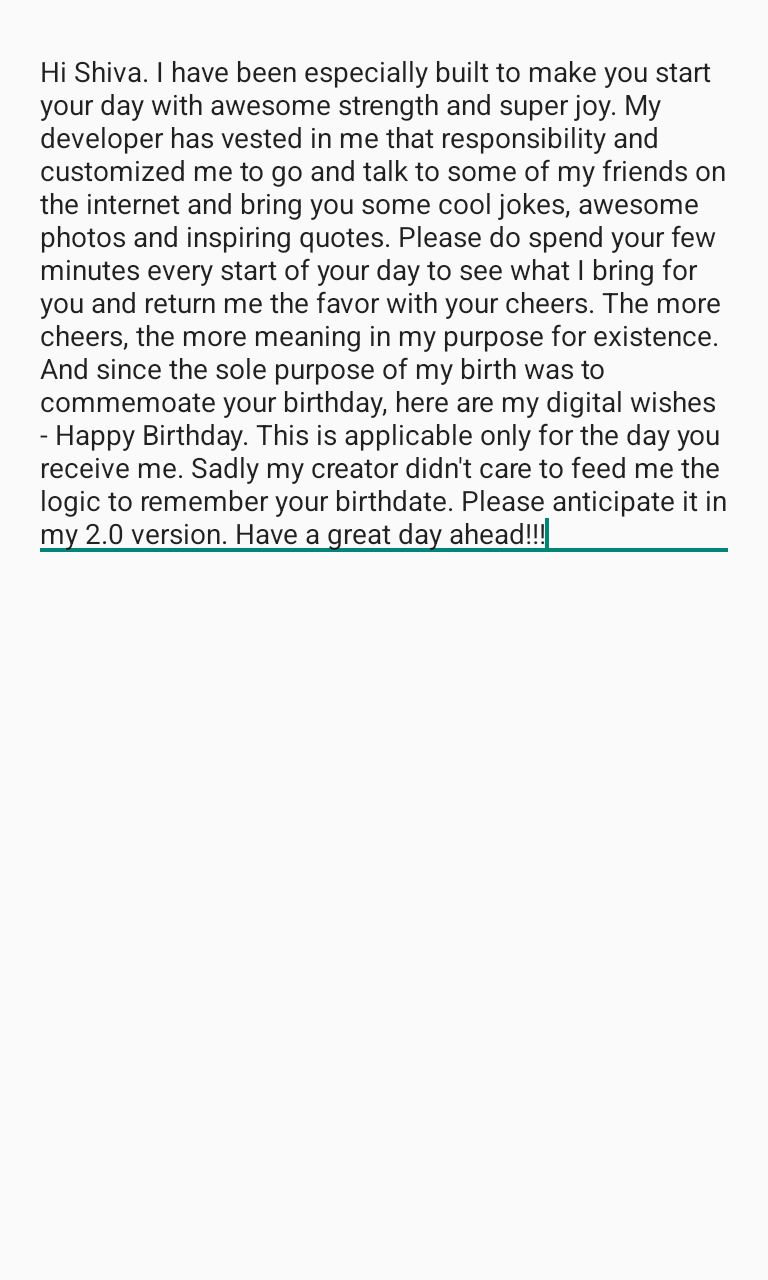
Repository: gitvas/FewMinutesEveryday
Layout: WorkspaceOne/FewMinutesEveryday/res/layout/activity_main.xml
An editor plug-in stored every save of this project. The layout is shown before and after the next save, followed by the edit.
It is drawn on a 768 x 1280 px phone screen (xhdpi) without system bars, with theme AppTheme; the app's code is not run.

Above is the layout before, as saved 2014-08-18 16:16:00.

After the next save:
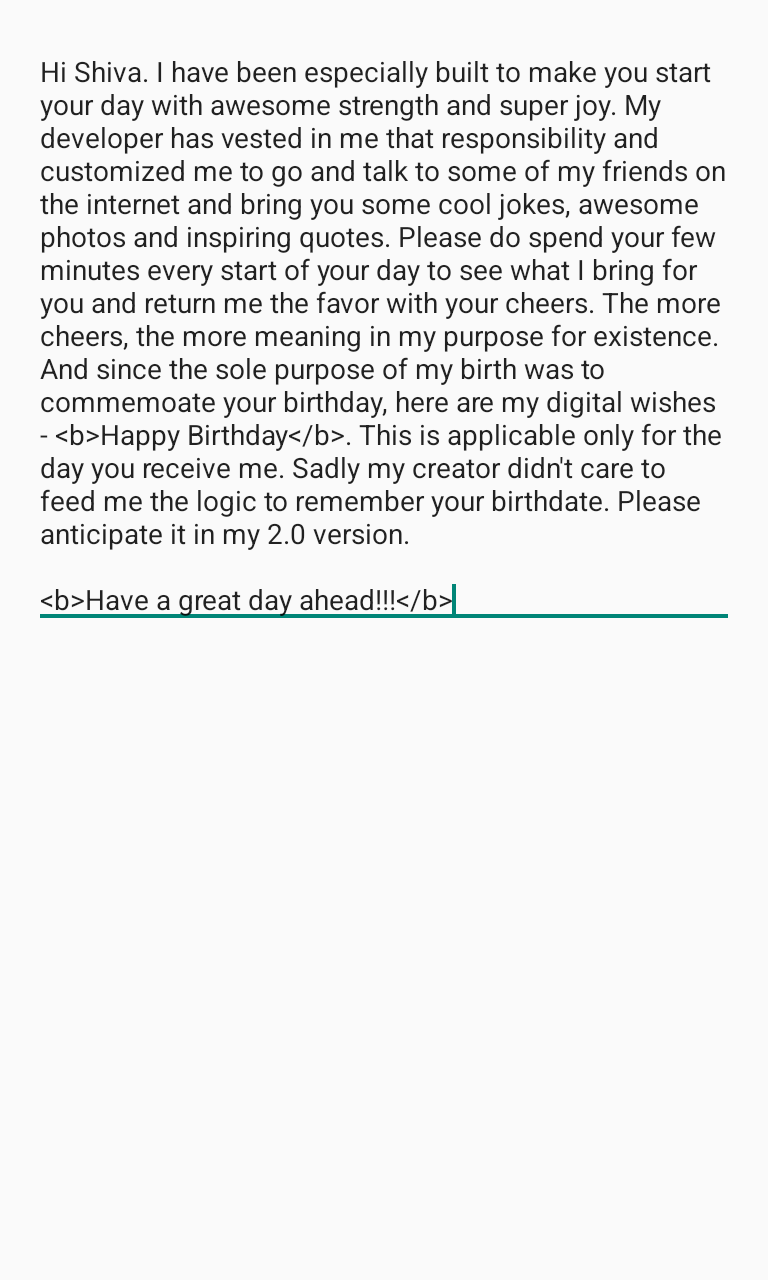
Saved 113 s later.
--- a/WorkspaceOne/FewMinutesEveryday/res/values/strings.xml
+++ b/WorkspaceOne/FewMinutesEveryday/res/values/strings.xml
@@ -3,6 +3,6 @@
 
     <string name="app_name">FewMinutesEveryday</string>
     <string name="action_settings">Settings</string>
-    <string name="intro_text">Hi Shiva. I have been especially built to make you start your day with awesome strength and super joy. My developer has vested in me that responsibility and customized me to go and talk to some of my friends on the internet and bring you some cool jokes, awesome photos and inspiring quotes. Please do spend your few minutes every start of your day to see what I bring for you and return me the favor with your cheers. The more cheers, the more meaning in my purpose for existence. And since the sole purpose of my birth was to commemoate your birthday, here are my digital wishes - &quot;Happy Birthday&quot;. This is applicable only for the day you receive me. Sadly my creator didn\'t care to feed me the logic to remember your birthdate. Please anticipate it in my 2.0 version. Have a great day ahead!!!</string>
+    <string name="intro_text">Hi Shiva. I have been especially built to make you start your day with awesome strength and super joy. My developer has vested in me that responsibility and customized me to go and talk to some of my friends on the internet and bring you some cool jokes, awesome photos and inspiring quotes. Please do spend your few minutes every start of your day to see what I bring for you and return me the favor with your cheers. The more cheers, the more meaning in my purpose for existence. \nAnd since the sole purpose of my birth was to commemoate your birthday, here are my digital wishes - &lt;b&gt;Happy Birthday&lt;/b&gt;. This is applicable only for the day you receive me. Sadly my creator didn\'t care to feed me the logic to remember your birthdate. Please anticipate it in my 2.0 version. \n\n&lt;b&gt;Have a great day ahead!!!&lt;/b&gt;</string>
 
 </resources>
